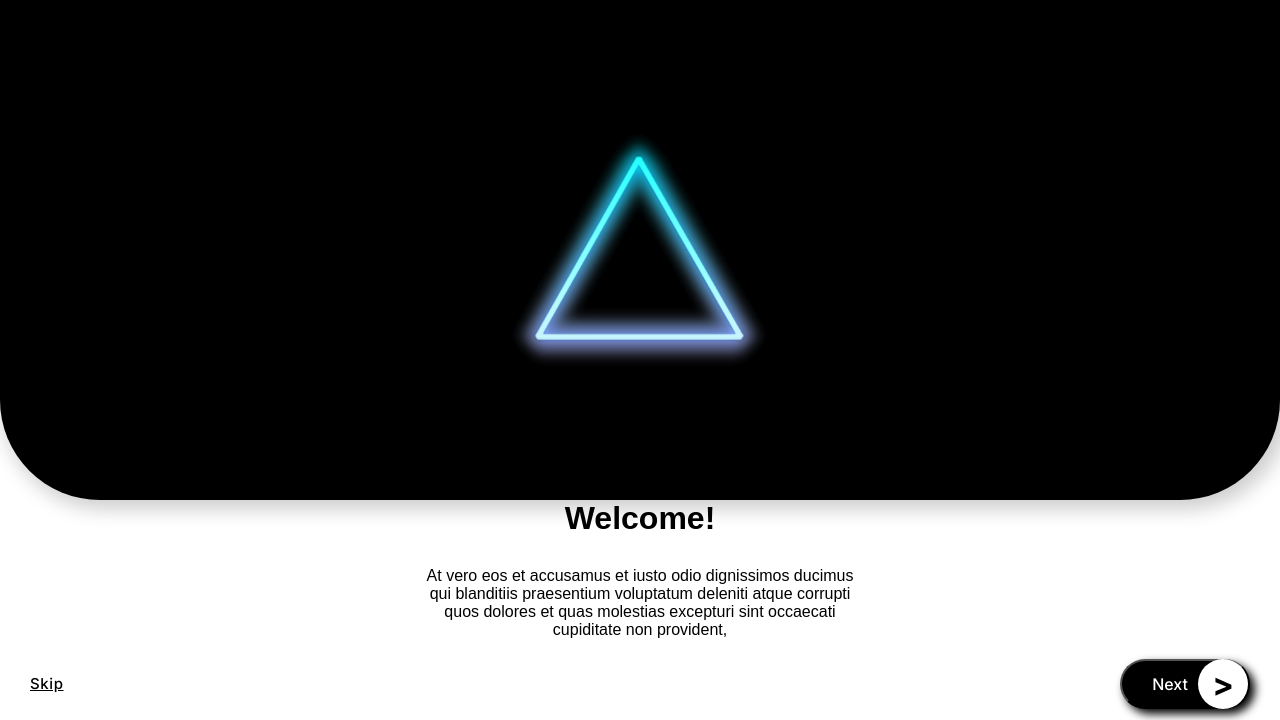
Repository: Cherced/virtualassistant
Page: /Welcome
These files come from the project's save history. The page is drawn as it stood at one moment and after the next save; the edit follows.
The browser window is 1280 px wide. The pictures show the whole page.
The project was rebuilt for these pictures with package versions that can differ from the ones it lists, and the page was loaded fresh each time. The framework's server and built-in components were replaced by stand-ins that run in the browser.

Above is the page before, as saved 2022-07-14 13:37:41.

### pages/_app.js
import '../sass/global.scss';


const MyApp = ({ Component, pageProps }) => {
    return <Component {...pageProps} />
  }


export default MyApp

### pages/_document.js
import { Html, Head, Main, NextScript } from 'next/document'

export default function Document() {
  return (
    <Html>
      <Head />
      <body>
        <Main />
        <div id="portal"></div>
        <NextScript />
      </body>
    </Html>
  )
}

### pages/Welcome.jsx
import React from 'react'
import { HeaderWelcome } from '../components/molecules/welcome/HeaderWelcome'
import { MainContent } from '../components/molecules/welcome/MainContent'
import { NavButtons } from '../components/molecules/welcome/NavButtons'

const Welcome = () => {
  window.onload = () => {
    document.querySelector(".arrow-right").addEventListener("click", clickRight);
    document.querySelector(".arrow-left").addEventListener("click", clickLeft);
    document
      .querySelector(".send-button")
      .addEventListener("click", e => validateForm(e));
    document.querySelectorAll(".project").forEach(element => {
      element.addEventListener("click", e => openModal(e));
    });
    document.body.addEventListener("click", e => closeModal(e));
    document.body.addEventListener("keyup", e => listenForEsc(e));
  };

  return (
    <div className="welcome">
        <HeaderWelcome/>
        <MainContent/>
        <NavButtons/>
    </div>
  )
}

export default Welcome

### sass/global.scss
@import './vars';
@import './pages/draft';
@import './pages/welcome';

### components/molecules/welcome/HeaderWelcome.jsx
import React from 'react'

export const HeaderWelcome = () => {
  return (
    <header className="brand">
    <img className="brand__img" src="/img/welcomeImg.png" alt="brand logo"/>
    </header>
  )
}

### components/molecules/welcome/MainContent.jsx
import React from 'react'
import { Instructions } from '../../atoms/Carrousels/Instructions'

export const MainContent = () => {
  return (
    <main className="main__Content--welcome">
        <Instructions/>
    </main>
  )
}

### components/molecules/welcome/NavButtons.jsx
import React from 'react'
import Link from 'next/link'
import { NextButton } from '../../atoms/buttons/NextButton'

export const NavButtons = () => {
  return (
    <footer className="NavButtons">
      {  <Link href="#">
        <a className="NavButtons__ancord">Skip</a>
        </Link>}
        <NextButton type="button" title="Next"/>
    </footer>
  )
}

### sass/_vars.scss
@import url('https://fonts.googleapis.com/css2?family=Inter:wght@100;200;300;500;600;700;800;900&family=Roboto:ital,wght@0,100;0,300;0,400;0,500;0,700;0,900;1,100;1,300;1,400;1,500;1,700;1,900&display=swap');

$mainColor: black;
$mainTextColor: white;
$mainFont: 'Inter';


*{
    box-sizing: border-box;
    margin: 0;
    padding: 0;
    font-family: Arial, Helvetica, sans-serif;
}

### sass/pages/_draft.scss

.Draft{
    display: flex;
    align-self: center;
    width: 100%;
    justify-content: center;
    height: 100vh;
    flex-direction: column;
    align-items: center;
}

### sass/pages/_welcome.scss
@import '../components/headers/welcomeHeader';
@import '../components/carrousels/carrousel';
@import '../components/buttons/nextButton';


.welcome {
    width: 100%;
    height: 100vh;
    display: flex;
    flex-direction: column;
    align-items: center;
    box-shadow: 7px 8px 20px 7px black;
    justify-items: center;
    justify-content: space-between;

    .NavButtons {
        display: flex;
        width: 100%;
        align-items: center;
        justify-content: space-between;
        padding: 0 30px;
        margin: 20px 0;

        .NavButtons__ancord {
            font-style: normal;
            font-weight: 400;
            font-size: 15px;
            line-height: 18px;
            letter-spacing: 0.04em;
            font-family: $mainFont;
            color: #000000;
        }
    }
}

### sass/components/headers/_welcomeHeader.scss
.brand{
    width: 100%;
    min-height: 500px;
    display: flex;
    background: black;
    border-radius: 0 0 100px 100px;
    box-shadow: 6px 6px 20px 3px rgba(0, 0, 0, 0.2);
    justify-content: center;
    align-items: center;
  .brand__img{
    object-fit: cover;
  }
}

### sass/components/carrousels/_carrousel.scss
.carrousel{
    max-width: 500px;
    height: auto;
    min-width: 300px;
    overflow: hidden;
    .carrousel__list{
        list-style: none;
        position: relative;
        display: flex;
        width: 200%;
        height: 100%;
        .carrousel__list--item{
            width: 50%;
            display: flex;
            flex-direction: column;
            align-items: center;
            justify-content: center;
            .carrousel__item--title{
                text-align: center;
                margin-bottom: 30px;
            }
            .carrousel__item--parragraph{
                padding: 0 30px;
                text-align: center;
            }
        }
    }
}

### sass/components/buttons/_nextButton.scss
.button__next {
    display: flex;
    width: auto;
    min-width: 100px;
    height: 50px;
    justify-content: space-around;
    align-items: center;
    background: black;
    color: white;
    border-radius: 100px;
    padding: 0 0 0 30px;
    box-shadow: 5px 5px 10px 0px black;
    cursor: pointer;
    font-family: $mainFont;
    font-size: 16px;


    .button__next--Arrow {
        width: 50px;
        height: 50px;
        display: flex;
        align-items: center;
        justify-content: center;
        background: $mainTextColor;
        border-radius: 100px;
        margin-left: 10px;

        .next__arrow--h1 {
            padding: 10px;
            color: $mainColor;
            font-family: $mainFont;
        }
    }

}

### components/atoms/Carrousels/Instructions.jsx
import React from 'react'

export const Instructions = () => {
  return (
    <div className="carrousel" >
        <ul className="carrousel__list" id="slider">
            <li className="carrousel__list--item">
                <h1 className="carrousel__item--title">
                Welcome!
                </h1>
                <p className="carrousel__item--parragraph">
                At vero eos et accusamus et iusto odio dignissimos ducimus qui blanditiis praesentium voluptatum deleniti atque corrupti quos dolores et quas molestias excepturi sint occaecati cupiditate non provident,
                </p>
            </li>
            <li className="carrousel__list--item">
                <h1 className="carrousel__item--title">
                you can also improve
                </h1>
                <p className="carrousel__item--parragraph">
                Temporibus autem quibusdam et aut officiis debitis aut rerum necessitatibus saepe eveniet ut et voluptates repudiandae sint et molestiae non recusandae. Itaque earum rerum
                </p>
            </li>
        </ul>
    </div>
  )
}

### components/atoms/buttons/NextButton.jsx
import React from 'react'

export const NextButton = (props) => {

  function next(){
    const slider = document.querySelector('#slider');
    let sliderSection = document.querySelectorAll('.carrousel__list--item');
    let sliderSectionFirst = sliderSection[0];
    slider.style.marginLeft = "-100%";
    slider.style.transition = "all 0.5s";
    setTimeout(function(){
    slider.style.transition = "none";
    slider.insertAdjacentElement('beforeend', sliderSectionFirst);
    slider.style.marginLeft = "0";
}
,500);
}

const handleNextButton = () => {
  const slider = document.querySelector('#slider');
  let sliderSection = document.querySelectorAll('.carrousel__list--item');
  console.log(sliderSection[0].firstElementChild.textContent)
if(sliderSection[0].firstElementChild.textContent === "Welcome!"){
    next()
  } else {
    console.log("redirect")
  }
}


  return (
    <button onClick={()=> handleNextButton()} className="button__next" type={props.type} aria-label="Next Button">
        {props.title}
        <div className="button__next--Arrow">
            <h1 className="next__arrow--h1">
                &#62;
            </h1>
        </div>
    </button>
  )
}

After the next save:
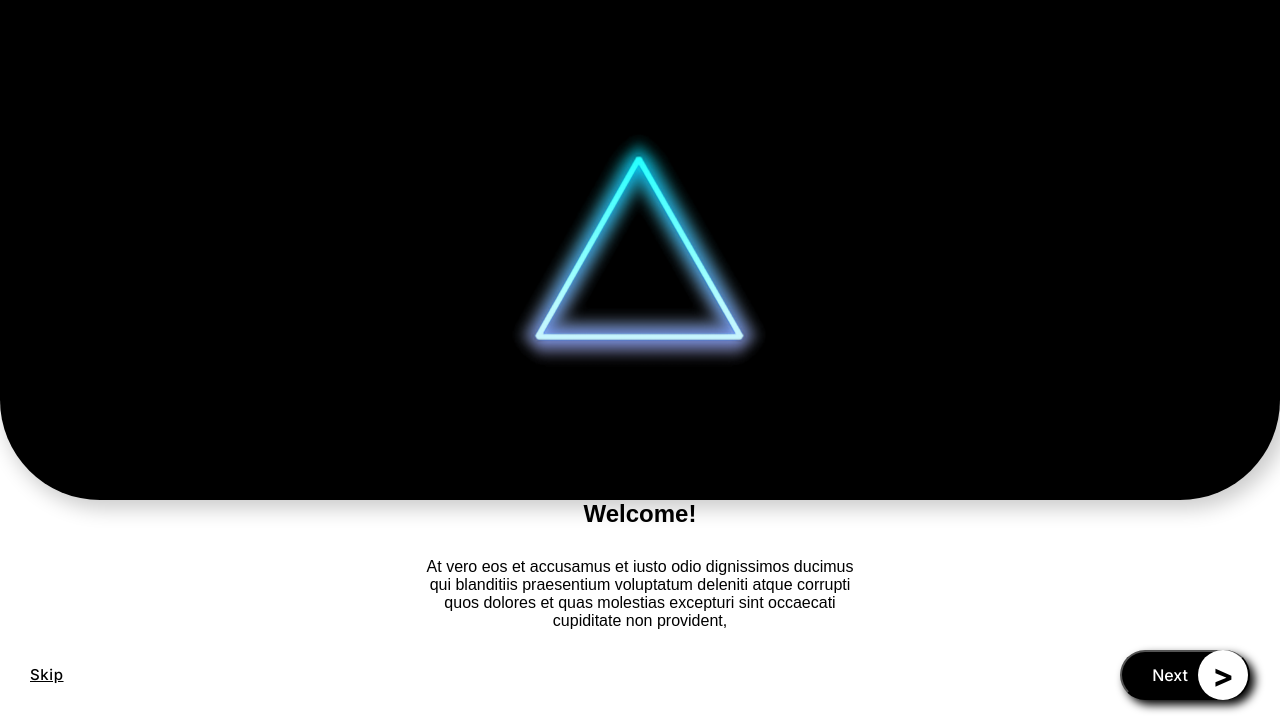
Saved 5 min 45 s later.
--- a/components/atoms/Carrousels/Instructions.jsx
+++ b/components/atoms/Carrousels/Instructions.jsx
@@ -2,7 +2,7 @@
 
 export const Instructions = () => {
   return (
-    <div className="carrousel" >
+    <nav className="carrousel" >
         <ul className="carrousel__list" id="slider">
             <li className="carrousel__list--item">
                 <h1 className="carrousel__item--title">
@@ -21,6 +21,6 @@
                 </p>
             </li>
         </ul>
-    </div>
+    </nav>
   )
 }
